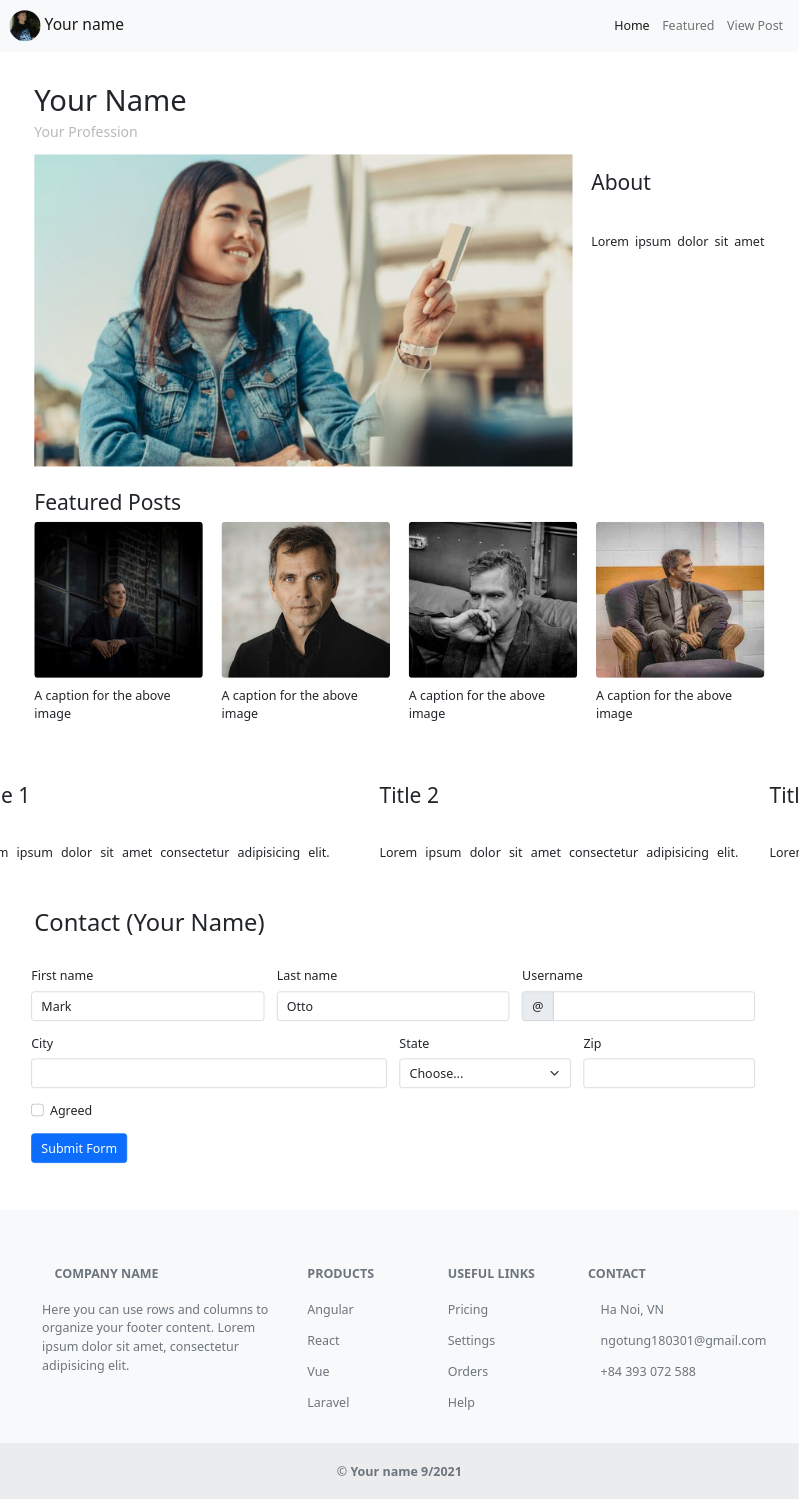
Repository: nvt01/72_1951061106_NgoVanTung
Page: BaiTh1/index.html
An editor plug-in stored every save of this project. The page is shown before and after the next save, followed by the edit.
The browser window is 1024 px wide. The pictures show the whole page, at 78% of full size.

Above is the page before, as saved 2021-12-01 11:00:13.

### BaiTh1/index.html
<!DOCTYPE html>
<html lang="en">
<head>
    <meta charset="UTF-8">
    <meta http-equiv="X-UA-Compatible" content="IE=edge">
    <meta name="viewport" content="width=device-width, initial-scale=1.0">
    <title>Blog</title>
    <link rel="stylesheet" href="style.css">
    <!-- CSS only -->
    <link href="https://cdn.jsdelivr.net/npm/bootstrap@5.1.3/dist/css/bootstrap.min.css" rel="stylesheet" integrity="sha384-1BmE4kWBq78iYhFldvKuhfTAU6auU8tT94WrHftjDbrCEXSU1oBoqyl2QvZ6jIW3" crossorigin="anonymous">
    <!-- JavaScript Bundle with Popper -->
    <script src="https://cdn.jsdelivr.net/npm/bootstrap@5.1.3/dist/js/bootstrap.bundle.min.js" integrity="sha384-ka7Sk0Gln4gmtz2MlQnikT1wXgYsOg+OMhuP+IlRH9sENBO0LRn5q+8nbTov4+1p" crossorigin="anonymous"></script>
</head>
<body>
    <div class="menu">
        <nav class="navbar navbar-expand-lg navbar-light bg-light">
            <div class="container-fluid">
                <a class="navbar-brand" href="#">
                    <img class="nav-img" src="./img/avatar.JPG" alt="">
                    Your name
                </a>
                <button class="navbar-toggler" type="button" data-bs-toggle="collapse" data-bs-target="#navbarSupportedContent" aria-controls="navbarSupportedContent" aria-expanded="false" aria-label="Toggle navigation">
                    <span class="navbar-toggler-icon"></span>
                </button>
                <div class=" collapse navbar-collapse" id="navbarSupportedContent">
                    <ul class="navbar-nav me-auto mb-2 mb-lg-0">
                        <li class="nav-item">
                            <a class="nav-link active" aria-current="page" href="#">Home</a>
                        </li>
                        <li class="nav-item">
                            <a class="nav-link" href="#">Featured</a>
                        </li>
                        <li class="nav-item">
                            <a class="nav-link" href="#">View Post</a>
                        </li>
                    </ul>
                </div>
            </div>
        </nav>
    </div>

    <div class="main">
        <div class="container">
            <div class="row">
                <h1 class="h1">Your Name</h1>
                <h3 class="h3">Your Profession</h3>
                <div class="col">
                    <img src="./img/img1.jpeg" alt="">
                </div>
                <div class="col content">
                    <h3>About</h3>
                    <span>Lorem ipsum dolor sit amet consectetur adipisicing elit. Odio excepturi aliquid, dolores, explicabo atque corporis cupiditate illum ullam dolore maxime numquam vero autem animi culpa error quis soluta fugit consequatur.Lorem ipsum dolor sit amet consectetur adipisicing elit. Praesentium sint ipsa, aliquid quibusdam hic adipisci maiores placeat ad nihil dicta! Nihil qui accusantium explicabo. Similique architecto dolorum perferendis odio fugit. Lorem ipsum dolor sit amet consectetur adipisicing elit. Odio excepturi aliquid, dolores, explicabo atque corporis cupiditate illum ullam dolore maxime numquam vero autem animi culpa error quis soluta fugit consequatur.Lorem ipsum dolor sit amet consectetur adipisicing elit. Praesentium sint ipsa, aliquid quibusdam hic adipisci maiores placeat ad nihil dicta! Nihil qui accusantium explicabo. Similique architecto dolorum perferendis odio fugit. lorem ipsum dolor sit amet consectetur adipis. Praesentium sint ipsa, aliquid quibusdam hic adipisci maiores placeat ad nihil dicta! Nihil qui accusantium explicabo.</span>
                </div>
            </div>
            <div class="row">
                <h3 class="h3-title">Featured Posts</h3>
                <div class="col-3 col-sm-12 col-md-6 col-xs-12 col-lg-3">
                    <img class="image" src="./img/img2.jpeg" alt="">
                    <p>A caption for the above image</p>
                </div>
                <div class="col-3 col-sm-12 col-md-6 col-xs-12 col-lg-3">
                    <img class="image" src="./img/img3.jpeg" alt="">
                    <p>A caption for the above image</p>
                </div>
                <div class="col-3 col-sm-12 col-md-6 col-xs-12 col-lg-3">
                    <img class="image" src="./img/img5.jpeg" alt="">
                    <p>A caption for the above image</p>
                </div>
                <div class="col-3 col-sm-12 col-md-6 col-xs-12 col-lg-3">
                    <img class="image" src="./img/img6.jpeg" alt="">
                    <p>A caption for the above image</p>
                </div>
            </div>
        </div>
    </div>

    <div class="title">
        <!-- <div class="row">
            <div class="col">
                <h3>Title 1</h3>
                <p class="title-text">Lorem ipsum dolor sit amet consectetur adipisicing elit. Harum nobis deleniti nostrum eveniet ducimus? Consectetur, aliquam nulla dignissimos accusantium cum ipsam doloribus debitis nobis commodi labore laudantium corporis repellat quam. lorem ipsum dolor sit amet consectetur adipis</p>
            </div>
            <div class="col">
                <h3>Title 2</h3>
                <p class="title-text">Lorem ipsum dolor sit amet consectetur adipisicing elit. Harum nobis deleniti nostrum eveniet ducimus? Consectetur, aliquam nulla dignissimos accusantium cum ipsam doloribus debitis nobis commodi labore laudantium corporis repellat quam. lorem ipsum dolor sit amet consectetur adipis</p>
            </div>
        </div> -->
        <div>
            <div id="carouselExampleControls" class="carousel slide" data-bs-ride="carousel">
                <div class="carousel-inner">
                    <div class="carousel-item active">
                        <div class="row">
                            <div class="col-md-6">
                                <div class="singer-box content">
                                    <h3>Title 1</h3>
                                    <p class="title-text">Lorem ipsum dolor sit amet consectetur adipisicing elit. Harum nobis deleniti nostrum eveniet ducimus? Consectetur, aliquam nulla dignissimos accusantium cum ipsam doloribus debitis nobis commodi labore laudantium corporis repellat quam. lorem ipsum dolor sit amet consectetur adipis</p>
                                </div>
                            </div>
                            <div class="col-md-6">
                                <div class="singer-box content">
                                    <h3>Title 2</h3>
                                    <p class="title-text">Lorem ipsum dolor sit amet consectetur adipisicing elit. Harum nobis deleniti nostrum eveniet ducimus? Consectetur, aliquam nulla dignissimos accusantium cum ipsam doloribus debitis nobis commodi labore laudantium corporis repellat quam. lorem ipsum dolor sit amet consectetur adipis</p>
                                </div>
                            </div>
                        </div>
                    </div>

                    <div class="carousel-item">
                        <div class="row">
                            <div class="col-md-6">
                                <div class="singer-box content">
                                    <h3>Title 3</h3>
                                    <p class="title-text">Lorem ipsum dolor sit amet consectetur adipisicing elit. Harum nobis deleniti nostrum eveniet ducimus? Consectetur, aliquam nulla dignissimos accusantium cum ipsam doloribus debitis nobis commodi labore laudantium corporis repellat quam. lorem ipsum dolor sit amet consectetur adipis</p>
                                </div>
                            </div>
                            <div class="col-md-6">
                                <div class="singer-box content">
                                    <h3>Title 4</h3>
                                    <p class="title-text">Lorem ipsum dolor sit amet consectetur adipisicing elit. Harum nobis deleniti nostrum eveniet ducimus? Consectetur, aliquam nulla dignissimos accusantium cum ipsam doloribus debitis nobis commodi labore laudantium corporis repellat quam. lorem ipsum dolor sit amet consectetur adipis</p>
                                </div>
                            </div>
                        </div>
                    </div>
                </div>
                <button class="carousel-control-prev" type="button" data-bs-target="#carouselExampleControls" data-bs-slide="prev">
                    <span class="carousel-control-prev-icon" aria-hidden="true"></span>
                    <span class="visually-hidden">Previous</span>
                </button>
                <button class="carousel-control-next" type="button" data-bs-target="#carouselExampleControls" data-bs-slide="next">
                    <span class="carousel-control-next-icon" aria-hidden="true"></span>
                    <span class="visually-hidden">Next</span>
                </button>
            </div>
        </div>
    </div>

    <div class="contact">
        <div class="container">
            <div class="row">
                <h2>Contact (Your Name)</h2>
                <form class="row g-3 needs-validation" novalidate>
                    <div class="col-md-4">
                        <label for="validationCustom01" class="form-label">First name</label>
                        <input type="text" class="form-control" id="validationCustom01" value="Mark" required>
                        <div class="valid-feedback">
                            Looks good!
                        </div>
                    </div>
                    <div class="col-md-4">
                        <label for="validationCustom02" class="form-label">Last name</label>
                        <input type="text" class="form-control" id="validationCustom02" value="Otto" required>
                        <div class="valid-feedback">
                            Looks good!
                        </div>
                    </div>
                    <div class="col-md-4">
                        <label for="validationCustomUsername" class="form-label">Username</label>
                        <div class="input-group has-validation">
                            <span class="input-group-text" id="inputGroupPrepend">@</span>
                            <input type="text" class="form-control" id="validationCustomUsername" aria-describedby="inputGroupPrepend" required>
                            <div class="invalid-feedback">
                            Please choose a username.
                            </div>
                        </div>
                    </div>
                    <div class="col-md-6">
                        <label for="validationCustom03" class="form-label">City</label>
                        <input type="text" class="form-control" id="validationCustom03" required>
                        <div class="invalid-feedback">
                            Please provide a valid city.
                        </div>
                    </div>
                    <div class="col-md-3">
                        <label for="validationCustom04" class="form-label">State</label>
                        <select class="form-select" id="validationCustom04" required>
                            <option selected disabled value="">Choose...</option>
                            <option>...</option>
                        </select>
                        <div class="invalid-feedback">
                            Please select a valid state.
                        </div>
                    </div>
                    <div class="col-md-3">
                        <label for="validationCustom05" class="form-label">Zip</label>
                        <input type="text" class="form-control" id="validationCustom05" required>
                        <div class="invalid-feedback">
                            Please provide a valid zip.
                        </div>
                    </div>
                    <div class="col-12">
                        <div class="form-check">
                            <input class="form-check-input" type="checkbox" value="" id="invalidCheck" required>
                            <label class="form-check-label" for="invalidCheck">
                            Agreed
                            </label>
                        <div class="invalid-feedback">
                            You must agree before submitting.
                        </div>
                    </div>
                    </div>
                    <div class="col-12">
                        <button class="btn btn-primary" type="submit">Submit Form</button>
                    </div>
                </form>
            </div>
        </div>
    </div>

    <footer class="text-center text-lg-start bg-light text-muted">
        <div>
            <a href="" class="me-4 text-reset">
            <i class="fab fa-facebook-f"></i>
            </a>
            <a href="" class="me-4 text-reset">
            <i class="fab fa-twitter"></i>
            </a>
            <a href="" class="me-4 text-reset">
            <i class="fab fa-google"></i>
            </a>
            <a href="" class="me-4 text-reset">
            <i class="fab fa-instagram"></i>
            </a>
            <a href="" class="me-4 text-reset">
            <i class="fab fa-linkedin"></i>
            </a>
            <a href="" class="me-4 text-reset">
            <i class="fab fa-github"></i>
            </a>
        </div>
        <section class="">
        <div class="container text-center text-md-start mt-5">
            <div class="row mt-3">
            <div class="col-md-3 col-lg-4 col-xl-3 mx-auto mb-4">
                <h6 class="text-uppercase fw-bold mb-4">
                <i class="fas fa-gem me-3"></i>Company name
                </h6>
                <p>
                Here you can use rows and columns to organize your footer content. Lorem ipsum
                dolor sit amet, consectetur adipisicing elit.
                </p>
            </div>
            <div class="col-md-2 col-lg-2 col-xl-2 mx-auto mb-4">
                <h6 class="text-uppercase fw-bold mb-4">
                Products
                </h6>
                <p>
                <a href="#!" class="text-reset">Angular</a>
                </p>
                <p>
                <a href="#!" class="text-reset">React</a>
                </p>
                <p>
                <a href="#!" class="text-reset">Vue</a>
                </p>
                <p>
                <a href="#!" class="text-reset">Laravel</a>
                </p>
            </div>
            <div class="col-md-3 col-lg-2 col-xl-2 mx-auto mb-4">
                <h6 class="text-uppercase fw-bold mb-4">
                Useful links
                </h6>
                <p>
                <a href="#!" class="text-reset">Pricing</a>
                </p>
                <p>
                <a href="#!" class="text-reset">Settings</a>
                </p>
                <p>
                <a href="#!" class="text-reset">Orders</a>
                </p>
                <p>
                <a href="#!" class="text-reset">Help</a>
                </p>
            </div>
            <div class="col-md-4 col-lg-3 col-xl-3 mx-auto mb-md-0 mb-4">
                <h6 class="text-uppercase fw-bold mb-4">
                Contact
                </h6>
                <p><i class="fas fa-home me-3"></i> Ha Noi, VN</p>
                <p>
                <i class="fas fa-envelope me-3"></i>
                ngotung180301@gmail.com
                </p>
                <p><i class="fas fa-phone me-3"></i>+84 393 072 588</p>
            </div>
            </div>
        </div>
        </section>
        <div class="text-center p-4" style="background-color: rgba(0, 0, 0, 0.05);">
            ©
            <a class="text-reset fw-bold" href="https://mdbootstrap.com/">Your name 9/2021</a>
        </div>
    </footer>
</body>
</html>

### BaiTh1/style.css
* {
    margin: 0;
    padding: 0;
    box-sizing: border-box;
}

:root {
    --text-color: rgb(187, 184, 184);
}

.menu {
}

.navbar {
    margin-bottom: 40px;
}

.nav-img {
    width: 40px;
    height: 40px;
    border-radius: 50%;
    object-fit: cover;
}

.content {
    text-align: justify;
}

.container-fluid .navbar-collapse {
    flex-grow: 0;
}

.container .h1 {
    font-weight: 400;
}

.container .h3 {
    padding-bottom: 10px;
    color: var(--text-color);
    font-size: 18px;
}

.image {
    border-radius: 5px;
    margin-bottom: 10px;
    width: 300px;
    height: 200px;
    object-fit: cover;
}

.h3-title {
    padding-top: 30px;
}

.singer-box {
    padding: 40px 20px;
}

.contact {
    margin: 20px 0 60px;
}

.text-center a {
    text-decoration: none;
    color: var(--text-color);
}

@media screen and (max-width: 1025px) {
    .content {
        display: -webkit-box;
        -webkit-box-orient: vertical;
        -webkit-line-clamp: 15;
        overflow: hidden;
        height: 200px;
        line-height: 100px;
    }
}

@media screen and (min-width: 768px) {
    .image {
        width: 100%;
        height: 200px;
    }
    .content h3{
        padding-top: 20px;
    }
}

@media screen and (max-width: 374px) {
    .container img {
        width: 200px;
        height: 100px;
    }
}

After the next save:
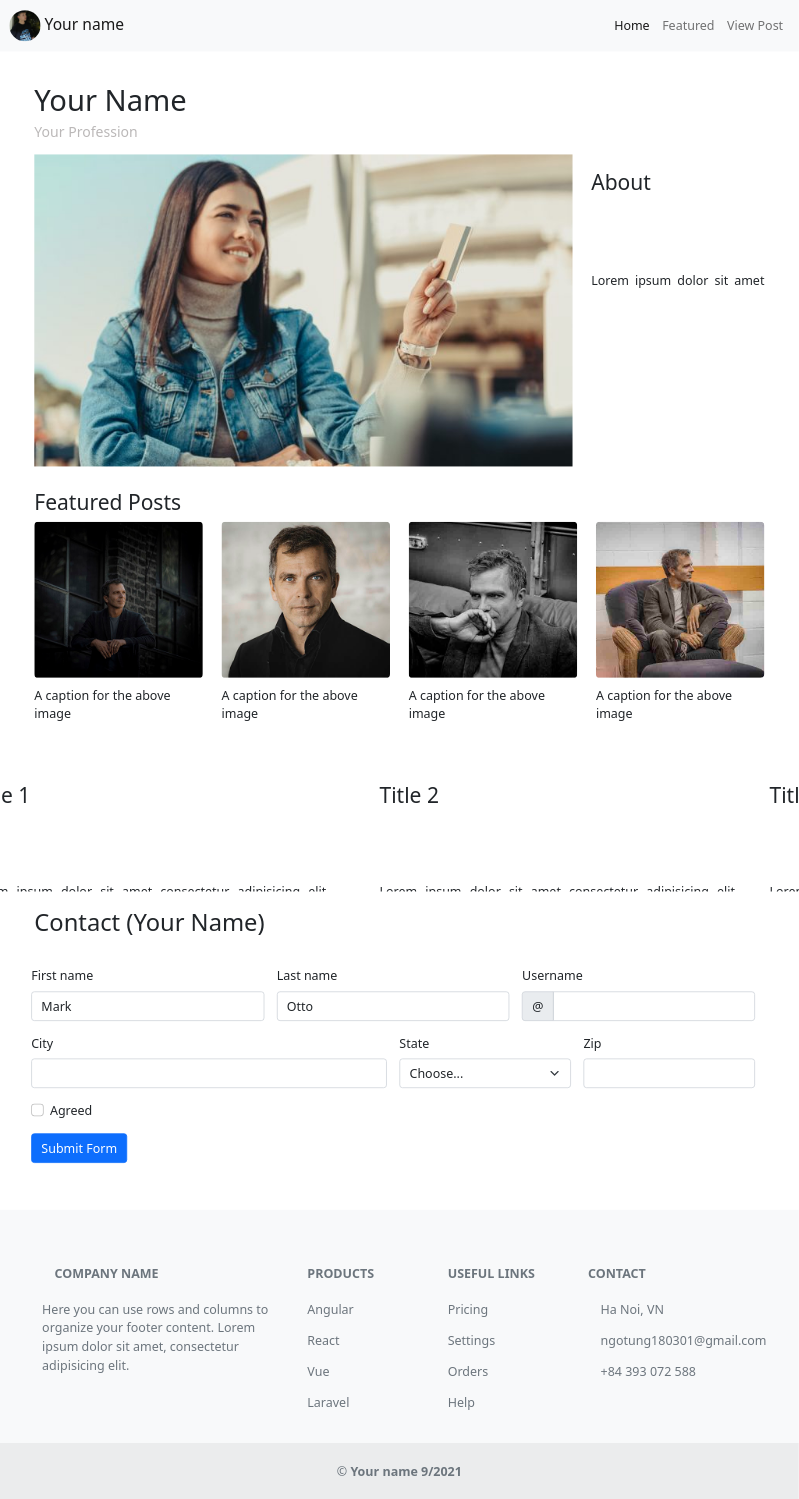
Saved 5 s later.
--- a/BaiTh1/style.css
+++ b/BaiTh1/style.css
@@ -72,7 +72,7 @@
         -webkit-line-clamp: 15;
         overflow: hidden;
         height: 200px;
-        line-height: 100px;
+        line-height: 200px;
     }
 }
 
